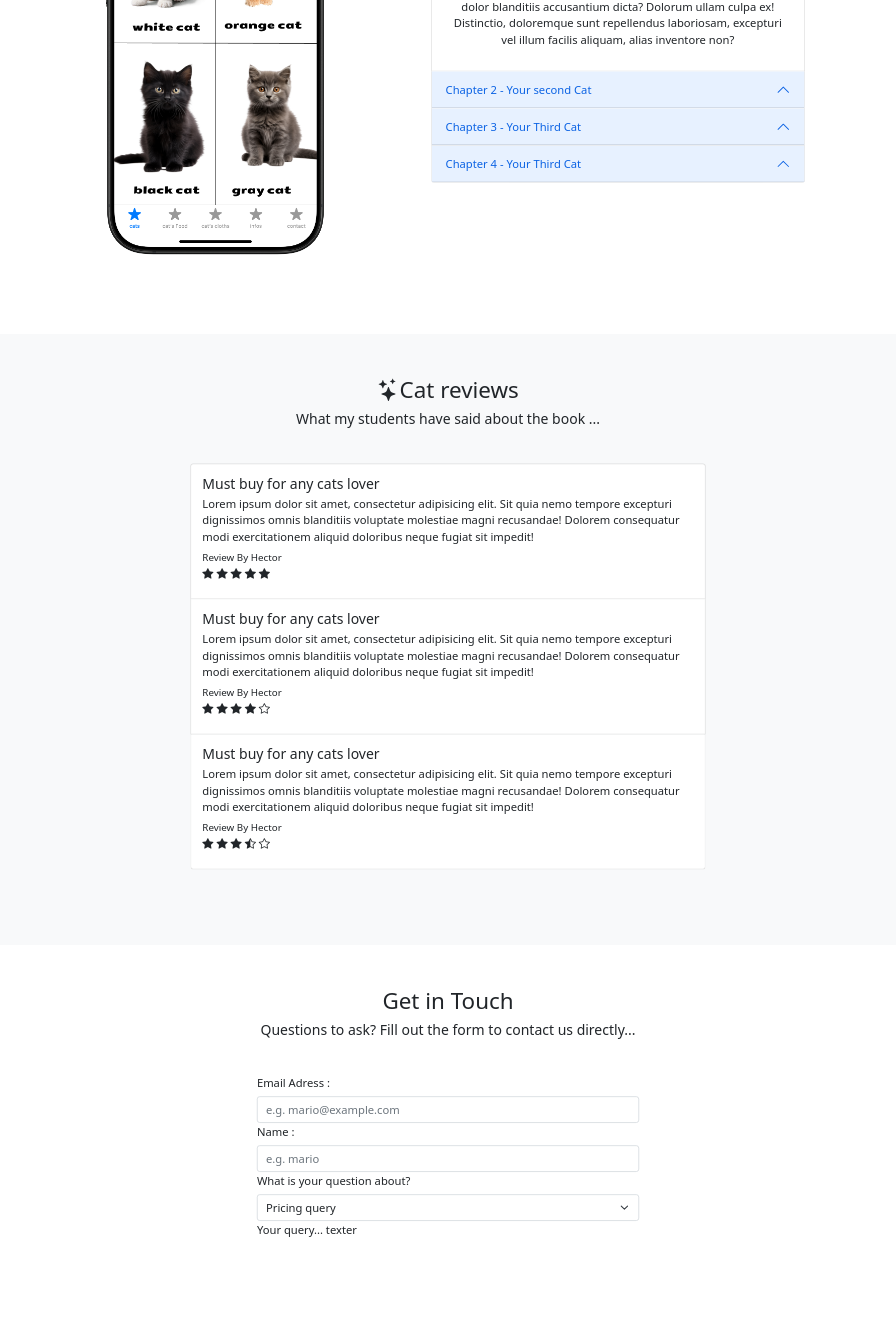
Repository: rihebtlh/catty-storefront
Page: index.html
The author's editor kept a copy of each file at every save. The page is drawn from the files as they stood at one save, then again after the next save.
The browser window is 1280 px wide. The pictures show the part of the page from y = 1983 to 3903 px (the page is 3867 px tall before and 3903 px after), at 70% of full size.

Above is the page before, as saved 2025-06-18 16:58:36.

### index.html
<!DOCTYPE html>
<html lang="en">
<head>
  <meta charset="UTF-8" />
  <meta name="viewport" content="width=device-width, initial-scale=1.0" />
  <link
    href="https://cdn.jsdelivr.net/npm/bootstrap@5.0.2/dist/css/bootstrap.min.css"
    rel="stylesheet"
    integrity="sha384-EVSTQN3/azprG1Anm3QDgpJLIm9Nao0Yz1ztcQTwFspd3yD65VohhpuuCOmLASjC"
    crossorigin="anonymous"
  />
  <link rel="stylesheet" href="https://cdn.jsdelivr.net/npm/bootstrap-icons@1.13.1/font/bootstrap-icons.min.css">
  <title>Catty</title>
  <style>
    section {
      padding: 60px 0;
    }
  </style>
</head>
<body>
  <!-- Navbar -->
    <nav class="navbar navbar-expand-md navbar-light bg-light">
        <div class="container-xxl">
            <a href="#intro" class="navbar-brand">
                <span class="fw-bold text-secondary">Catty - find your cat</span>
            </a>
      <!-- Toggle button -->
            <button
                class="navbar-toggler"
                type="button"
                data-bs-toggle="collapse"
                data-bs-target="#main-nav"
                aria-controls="main-nav"
                aria-expanded="false"
                aria-label="Toggle navigation">
                <span class="navbar-toggler-icon"></span>
            </button>
      <!-- Navbar links -->
            <div class="collapse navbar-collapse justify-content-end align-center" id="main-nav">
                <ul class="navbar-nav">
                <li class="nav-item">
                    <a class="nav-link" href="#topics">About</a>
                </li>
                <li class="nav-item">
                    <a class="nav-link" href="#reviews">Reviews</a>
                </li>
                <li class="nav-item">
                    <a class="nav-link" href="#contact">Get in Touch</a>
                </li>
                <li class="nav-item d-md-none">
                    <a class="nav-link" href="#pricing">Pricing</a>
                </li>
                <li class="nav-item ms-2 d-none d-md-inline">
                    <a class="btn btn-secondary" href="#pricing">Get it Now</a>
                </li>
                </ul>
            </div>
        </div>
    </nav>

  <!-- Main image & intro text -->
  <section id="intro">
    <div class="container-lg">
      <div class="row justify-content-center align-items-center">
        <div class="col-md-5 text-center text-md-start">
          <h1>
            <div class="display-2">Catty</div>
            <div class="display-5 text-muted">Where every kitty feels at home</div>
          </h1>
          <p class="lead my-4 text-muted">
            Lorem ipsum dolor sit amet consectetur adipisicing elit.
          </p>
          <a href="#pricing" class="btn btn-secondary btn-lg">Get your cat Now!</a>
        </div>
        <div class="col-md-5 text-center d-none d-md-block">
          <img class="img-fluid" src="/assets/catLogo.webp" alt="cat" />
        </div>
      </div>
    </div>
  </section>

    <!-- pricing plans -->
    <!-- pricing plans -->
  <section id="pricing" class="bg-light mt-5">
    <div class="container-lg">
      <div class="text-center">
        <h2>Pricing Plans</h2>
        <p class="lead text-muted">Choose a pricing plan to suit you.</p>
      </div>

      <div class="row my-5 g-0 align-items-center justify-content-center"> <!--g-0 is for the gap so this one there's no gap-->
        <div class="col-8 col-lg-4 col-xl-3">
          <div class="card border-0">
            <div class="card-body text-center py-4">
              <h4 class="card-title">Starter Edition</h4>
              <p class="lead card-subtitle">eBook download only</p>
              <p class="display-5 my-4 text-primary fw-bold">$12.99</p>
              <p class="card-text mx-5 text-muted d-none d-lg-block">Lorem ipsum dolor sit amet consectetur adipisicing elit. Mollitia, vitae magni! Repellat commodi a fuga corporis saepe dolorum.</p>
              <a href="#" class="btn btn-outline-primary btn-lg mt-3">
                Buy Now
              </a>
            </div>
          </div>
        </div>

        <div class="col-9 col-lg-4">
          <div class="card border-primary border-2">
            <div class="card-header text-center text-primary">Most Popular</div>
            <div class="card-body text-center py-5">
              <h4 class="card-title">Complete Edition</h4>
              <p class="lead card-subtitle">eBook download & all updates</p>
              <p class="display-4 my-4 text-primary fw-bold">$18.99</p>
              <p class="card-text mx-5 text-muted d-none d-lg-block">Lorem ipsum dolor sit amet consectetur adipisicing elit. Mollitia, vitae magni! Repellat commodi a fuga corporis saepe dolorum.</p>
              <a href="#" class="btn btn-outline-primary btn-lg mt-3">
                Buy Now
              </a>
            </div>
          </div>
        </div>

        <div class="col-8 col-lg-4 col-xl-3">
          <div class="card border-0">
            <div class="card-body text-center py-4">
              <h4 class="card-title">Ultimate Edition</h4>
              <p class="lead card-subtitle">download, updates & extras</p>
              <p class="display-5 my-4 text-primary fw-bold">$24.99</p>
              <p class="card-text mx-5 text-muted d-none d-lg-block">Lorem ipsum dolor sit amet consectetur adipisicing elit. Mollitia, vitae magni! Repellat commodi a fuga corporis saepe dolorum.</p>
              <a href="#" class="btn btn-outline-primary btn-lg mt-3">
                Buy Now
              </a>
            </div>
          </div>
        </div>
      </div>
    </div><!-- end container -->
  </section>

    <!-- topics at a glance -->
     <section class="topics">
      <div class="container-md"> <!--100% width until meduim screens qt thispoint it will get everything at the middle-->
        <div class="text-center">
          <h2>Inside the book...</h2>
          <p class="lead text-muted">
            A quick glance at the topics you'll learn
          </p>
          <div class="row my-5 g-5 justify-content-around align-items-center">
            <div class="col-6 col-lg-4">
              <img src="/assets/phone.png" class="img-fluid" alt="ebook">
            </div>
            <div class="col-lg-6">
            <!-- accordion 1-->
            <div class="accordion" id="chapters">
              <div class="accordion-item">
                <h2 class="accordion-header" id="heading-1">
                  <button class="accordion-button" type="button" data-bs-toggle="collapse" data-bs-target="#chapter-1" aria-expanded="true" aria-controls="chapter-1">
                    Chapter 1 - Your First Cat
                  </button>
                </h2>
                <div id="chapter-1" class="accordion-collapse collapse show" aria-labelledby="heading-1" data-bs-parent="#chapters">
                  <div class="accordion-body">
                    <p>Lorem, ipsum dolor sit amet consectetur adipisicing elit. Esse modi, repellat excepturi ducimus et provident dolorum incidunt at officia aspernatur.</p>
                    <p>Lorem ipsum dolor sit amet consectetur adipisicing elit. Quae dolor blanditiis accusantium dicta? Dolorum ullam culpa ex! Distinctio, doloremque sunt repellendus laboriosam, excepturi vel illum facilis aliquam, alias inventore non?</p>

                  </div>
                </div>
              </div>
              <!-- accordion 2-->
              <div class="accordion-item">
                <h2 class="accordion-header" id="heading-2">
                  <button class="accordion-button" type="button" data-bs-toggle="collapse" data-bs-target="#chapter-2" aria-expanded="true" aria-controls="chapter-2">
                    Chapter 2 - Your second Cat
                  </button>
                </h2>
                <div id="chapter-2" class="accordion-collapse collapse" aria-labelledby="heading-2" data-bs-parent="#chapters">
                  <div class="accordion-body">
                    <p>Lorem, ipsum dolor sit amet consectetur adipisicing elit. Esse modi, repellat excepturi ducimus et provident dolorum incidunt at officia aspernatur.</p>
                    <p>Lorem ipsum dolor sit amet consectetur adipisicing elit. Quae dolor blanditiis accusantium dicta? Dolorum ullam culpa ex! Distinctio, doloremque sunt repellendus laboriosam, excepturi vel illum facilis aliquam, alias inventore non?</p>
                  </div>
                </div>
              </div>

              <!-- accordion 3-->
              <div class="accordion-item">
                <h2 class="accordion-header" id="heading-3">
                  <button class="accordion-button" type="button" data-bs-toggle="collapse" data-bs-target="#chapter-3" aria-expanded="true" aria-controls="chapter-3">
                    Chapter 3 - Your Third Cat
                  </button>
                </h2>
                <div id="chapter-3" class="accordion-collapse collapse" aria-labelledby="heading-3" data-bs-parent="#chapters">
                  <div class="accordion-body">
                    <p>Lorem, ipsum dolor sit amet consectetur adipisicing elit. Esse modi, repellat excepturi ducimus et provident dolorum incidunt at officia aspernatur.</p>
                    <p>Lorem ipsum dolor sit amet consectetur adipisicing elit. Quae dolor blanditiis accusantium dicta? Dolorum ullam culpa ex! Distinctio, doloremque sunt repellendus laboriosam, excepturi vel illum facilis aliquam, alias inventore non?</p>
                  </div>
                </div>
              </div>

              <!-- accordion 4-->
              <div class="accordion-item">
                <h2 class="accordion-header" id="heading-4">
                  <button class="accordion-button" type="button" data-bs-toggle="collapse" data-bs-target="#chapter-4" aria-expanded="true" aria-controls="chapter-4">
                    Chapter 4 - Your Third Cat
                  </button>
                </h2>
                <div id="chapter-4" class="accordion-collapse collapse" aria-labelledby="heading-4" data-bs-parent="#chapters">
                  <div class="accordion-body">
                    <p>Lorem, ipsum dolor sit amet consectetur adipisicing elit. Esse modi, repellat excepturi ducimus et provident dolorum incidunt at officia aspernatur.</p>
                    <p>Lorem ipsum dolor sit amet consectetur adipisicing elit. Quae dolor blanditiis accusantium dicta? Dolorum ullam culpa ex! Distinctio, doloremque sunt repellendus laboriosam, excepturi vel illum facilis aliquam, alias inventore non?</p>
                  </div>
                </div>
              </div>
              </div>

            </div>

          </div><!--around: spred around any free space (all the gaps are equal)-->
        </div>
      </div>
     </section>



    <!-- reviews list -->
    <section class="bg-light" id="reviews">
      <div class="container-lg">
        <div class="text-center">
          <h2><i class="bi bi-stars"></i>Cat reviews</h2>
          <p class="lead">What my students have said about the book ...</p>
        </div>
        <div class="row justify-content-center my-5">
          <div class="col-lg-8">
            <div class="list-group">
              <div class="list-group-item py-3">
                <h5 class="mb-1">Must buy for any cats lover</h5>
                <p class="mb-1">Lorem ipsum dolor sit amet, consectetur adipisicing elit. Sit quia nemo tempore excepturi dignissimos omnis blanditiis voluptate molestiae magni recusandae! Dolorem consequatur modi exercitationem aliquid doloribus neque fugiat sit impedit!</p>
                <small>Review By Hector</small>
                <div class="pb-2">
                  <i class="bi bi-star-fill"></i>
                  <i class="bi bi-star-fill"></i>
                  <i class="bi bi-star-fill"></i>
                  <i class="bi bi-star-fill"></i>
                  <i class="bi bi-star-fill"></i>
                </div>
              </div>
              <div class="list-group-item py-3">
                <h5 class="mb-1">Must buy for any cats lover</h5>
                <p class="mb-1">Lorem ipsum dolor sit amet, consectetur adipisicing elit. Sit quia nemo tempore excepturi dignissimos omnis blanditiis voluptate molestiae magni recusandae! Dolorem consequatur modi exercitationem aliquid doloribus neque fugiat sit impedit!</p>
                <small>Review By Hector</small>
                <div class="pb-2">
                  <i class="bi bi-star-fill"></i>
                  <i class="bi bi-star-fill"></i>
                  <i class="bi bi-star-fill"></i>
                  <i class="bi bi-star-fill"></i>
                  <i class="bi bi-star"></i>
                </div>
              </div>
              <div class="list-group-item py-3">
                <h5 class="mb-1">Must buy for any cats lover</h5>
                <p class="mb-1">Lorem ipsum dolor sit amet, consectetur adipisicing elit. Sit quia nemo tempore excepturi dignissimos omnis blanditiis voluptate molestiae magni recusandae! Dolorem consequatur modi exercitationem aliquid doloribus neque fugiat sit impedit!</p>
                <small>Review By Hector</small>
                <div class="pb-2">
                  <i class="bi bi-star-fill"></i>
                  <i class="bi bi-star-fill"></i>
                  <i class="bi bi-star-fill"></i>
                  <i class="bi bi-star-half"></i>
                  <i class="bi bi-star"></i>
                </div>
              </div>
            </div>
          </div>
        </div>
      </div>
    </section>
    <!-- contact form -->
    <!-- form-control, form-label, form-select, input-group-text -->
    <section id="contact">
      <div class="container-lg">
        <div class="text-center">
          <h2>Get in Touch</h2>
          <p class="lead">Questions to ask? Fill out the form to contact us directly...</p>
        </div>

        <div class="row justify-content-center my-5">
          <div class="col-lg-6">
            <form>
              <label for="email" class="form-label">Email Adress : </label>
              <input type="email" class="form-control" id="email" placeholder="e.g. mario@example.com">

              <label for="name" class="form-label">Name : </label>
              <input type="text" class="form-control" id="name" placeholder="e.g. mario">

              <label for="subject" class="form-label">What is your question about?</label>
              <select class="form-select" id="subject">
                <option value="pricing" selected>Pricing query</option>
                <option value="content">Content query</option>
                <option value="other">Other query</option>
              </select>

              <label for="query" class="form-label">Your query...</label>
              texter
            </form>
          </div>
        </div>
      </div>
    </section>
    <!-- get updates / modal trigger -->

  <!-- Bootstrap JS -->
  <script
    src="https://cdn.jsdelivr.net/npm/bootstrap@5.0.2/dist/js/bootstrap.bundle.min.js"
    integrity="sha384-MrcW6ZMFYlzcLA8Nl+NtUVF0sA7MsXsP1UyJoMp4YLEuNSfAP+JcXn/tWtIaxVXM"
    crossorigin="anonymous"
  ></script>
</body>
</html>

After the next save:
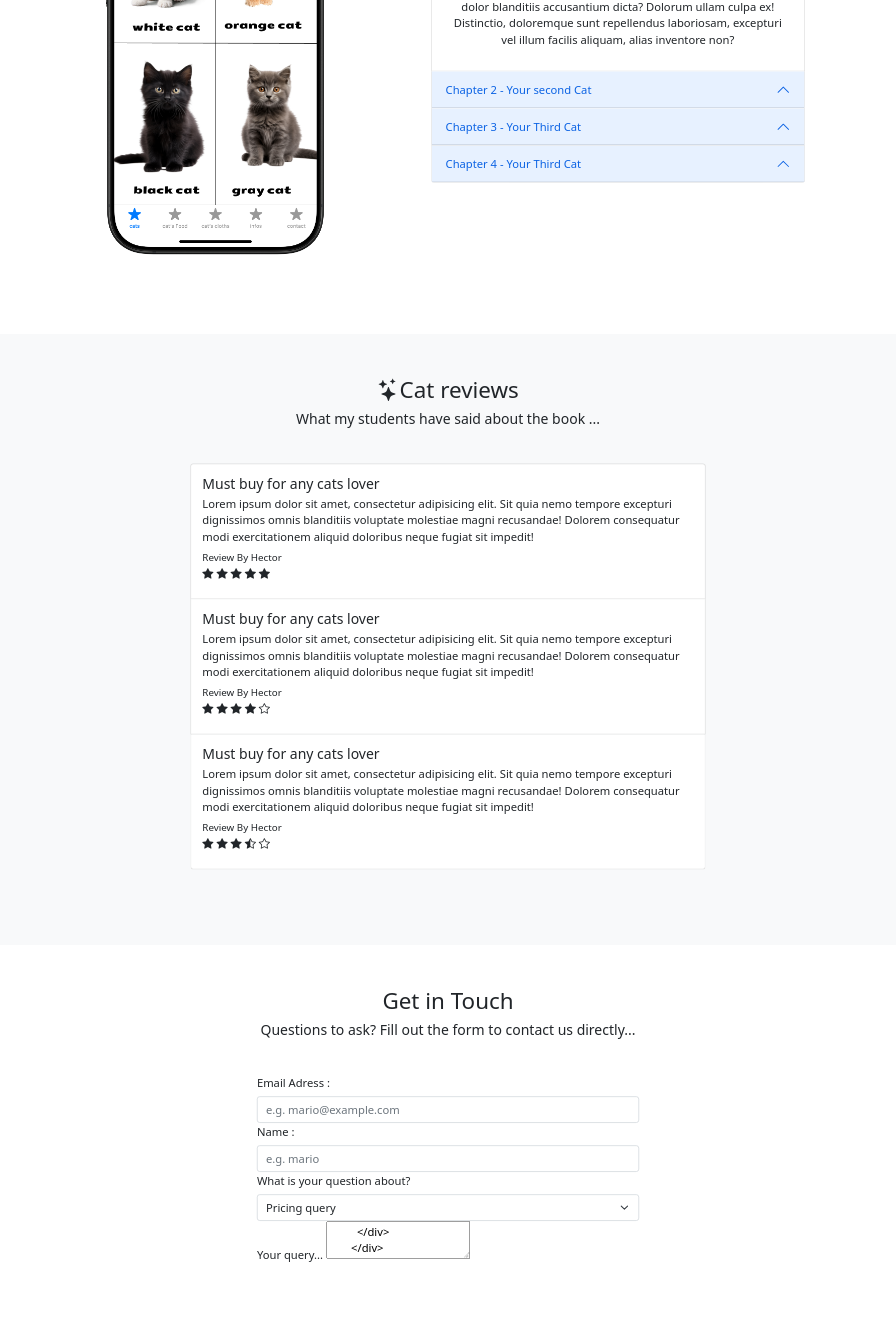
Saved 4 s later.
--- a/index.html
+++ b/index.html
@@ -296,7 +296,7 @@
               </select>
 
               <label for="query" class="form-label">Your query...</label>
-              texter
+              <textarea
             </form>
           </div>
         </div>
